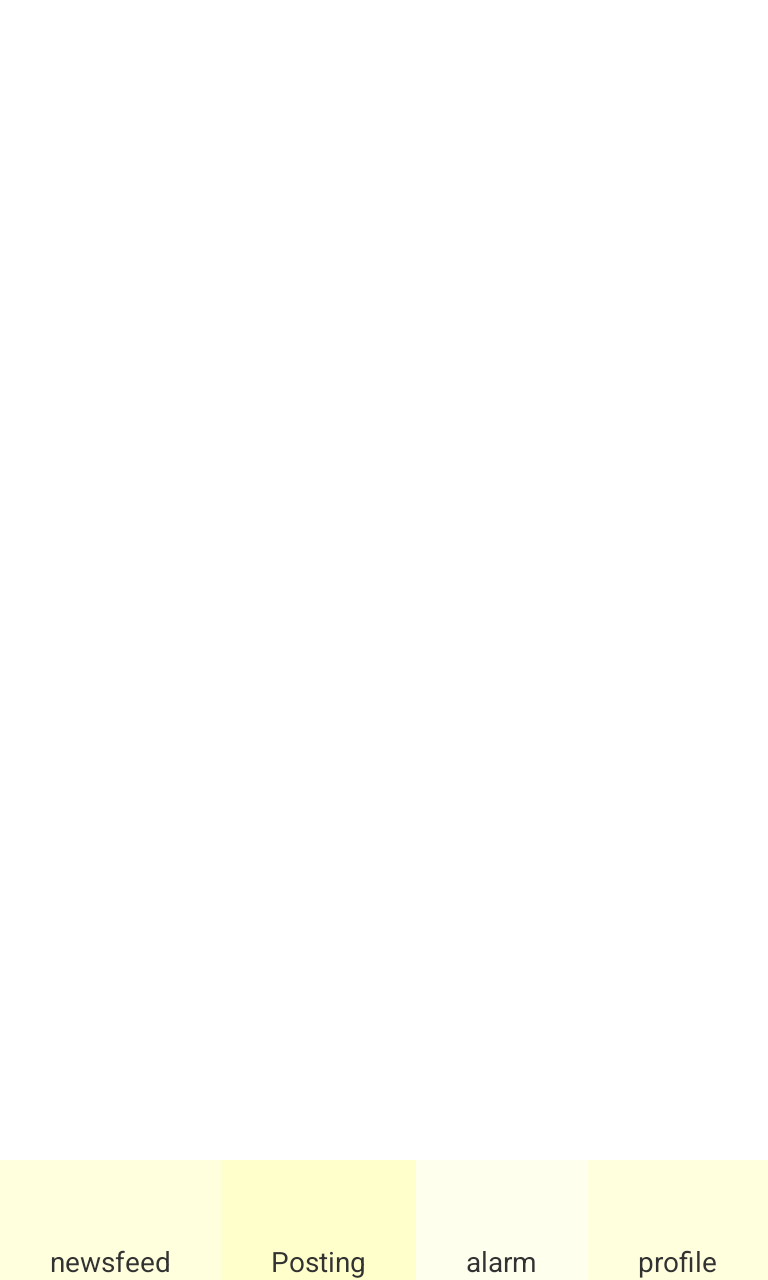
Repository: lay126/fuding_wewe
Layout: fuding_android/FudingAndroid/res/layout/activity_fuding_main.xml
The author's editor kept a copy of each file at every save. The layout is drawn from the files as they stood at one save, then again after the next save.
It is drawn on a 768 x 1280 px phone screen (xhdpi) without system bars, with theme AppTheme; the app's code is not run. Lists and similar views that code fills are empty.

Above is the layout before, as saved 2015-07-21 07:40:48.

### fuding_android/FudingAndroid/res/layout/activity_fuding_main.xml
<RelativeLayout xmlns:android="http://schemas.android.com/apk/res/android"
    xmlns:tools="http://schemas.android.com/tools"
    android:layout_width="match_parent"
    android:layout_height="match_parent"
    tools:context="wewe.fuding.fudingandroid.FudingMainActivity" >

    <android.support.v4.view.ViewPager
        android:id="@+id/pager"
        android:layout_width="match_parent"
        android:layout_height="match_parent"
        android:layout_above="@+id/LinearLayout1" >
    </android.support.v4.view.ViewPager>

    <LinearLayout
        android:id="@+id/LinearLayout1"
        android:layout_width="wrap_content"
        android:layout_height="60dp"
        android:layout_alignParentBottom="true"
        android:layout_alignParentLeft="true"
        android:layout_alignParentRight="true"
        android:weightSum="4" >

        <RelativeLayout
            android:id="@+id/newsfeed_layout"
            android:layout_width="wrap_content"
            android:layout_height="match_parent"
            android:background="#FFFFDD"
            android:layout_weight="1" >

            <TextView
                android:id="@+id/newsfeed_text"
                android:layout_width="wrap_content"
                android:layout_height="wrap_content"
                android:layout_alignParentBottom="true"
                android:layout_centerHorizontal="true"
                android:text="newsfeed" />
        </RelativeLayout>

        <RelativeLayout
            android:id="@+id/addpost_layout"
            android:layout_width="wrap_content"
            android:layout_height="match_parent"
            android:background="#FFFFCC"
            android:layout_weight="1" >

            <TextView
                android:id="@+id/addpost_text"
                android:layout_width="wrap_content"
                android:layout_height="wrap_content"
                android:layout_alignParentBottom="true"
                android:layout_centerHorizontal="true"
                android:text="Posting" />
        </RelativeLayout>

        <RelativeLayout
            android:id="@+id/alarm_layout"
            android:layout_width="wrap_content"
            android:layout_height="match_parent"
            android:background="#FFFFEE"
            android:layout_weight="1" >

            <TextView
                android:id="@+id/alarm_text"
                android:layout_width="wrap_content"
                android:layout_height="wrap_content"
                android:layout_alignParentBottom="true"
                android:layout_centerHorizontal="true"
                android:text="alarm" />
        </RelativeLayout>

        <RelativeLayout
            android:id="@+id/profile_layout"
            android:layout_width="wrap_content"
            android:layout_height="match_parent"
            android:background="#FFFFDD"
            android:layout_weight="1" >

            <TextView
                android:id="@+id/profile_text"
                android:layout_width="wrap_content"
                android:layout_height="wrap_content"
                android:layout_alignParentBottom="true"
                android:layout_centerHorizontal="true"
                android:text="profile" />
        </RelativeLayout>
    </LinearLayout>

</RelativeLayout>

Loaded but not shown: fuding_android/FudingAndroid/res/values/styles.xml (common file); fuding_android/FudingAndroid/res/values-v11/styles.xml (common file); fuding_android/FudingAndroid/res/values-v14/styles.xml (common file)

After the next save:
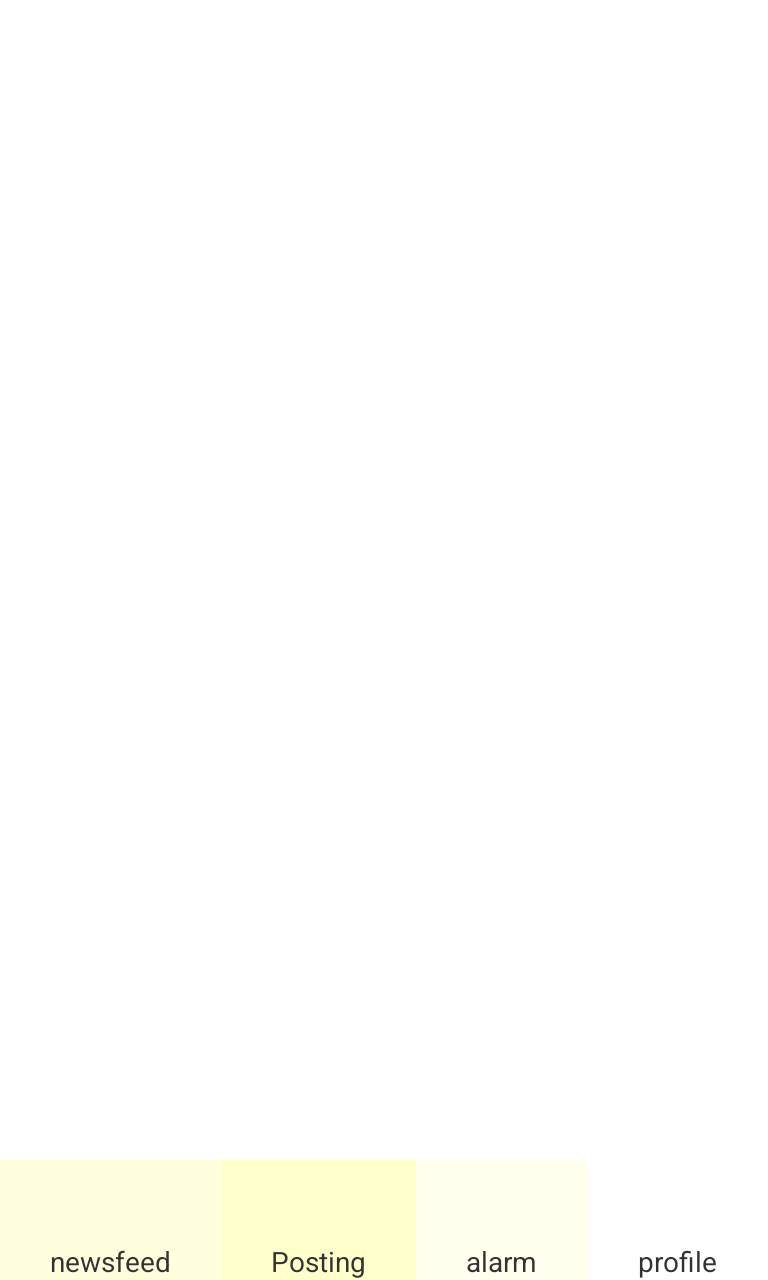
Saved 8 s later.
--- a/fuding_android/FudingAndroid/res/layout/activity_fuding_main.xml
+++ b/fuding_android/FudingAndroid/res/layout/activity_fuding_main.xml
@@ -72,7 +72,7 @@
             android:id="@+id/profile_layout"
             android:layout_width="wrap_content"
             android:layout_height="match_parent"
-            android:background="#FFFFDD"
+            android:background="#FFFFXX"
             android:layout_weight="1" >
 
             <TextView
